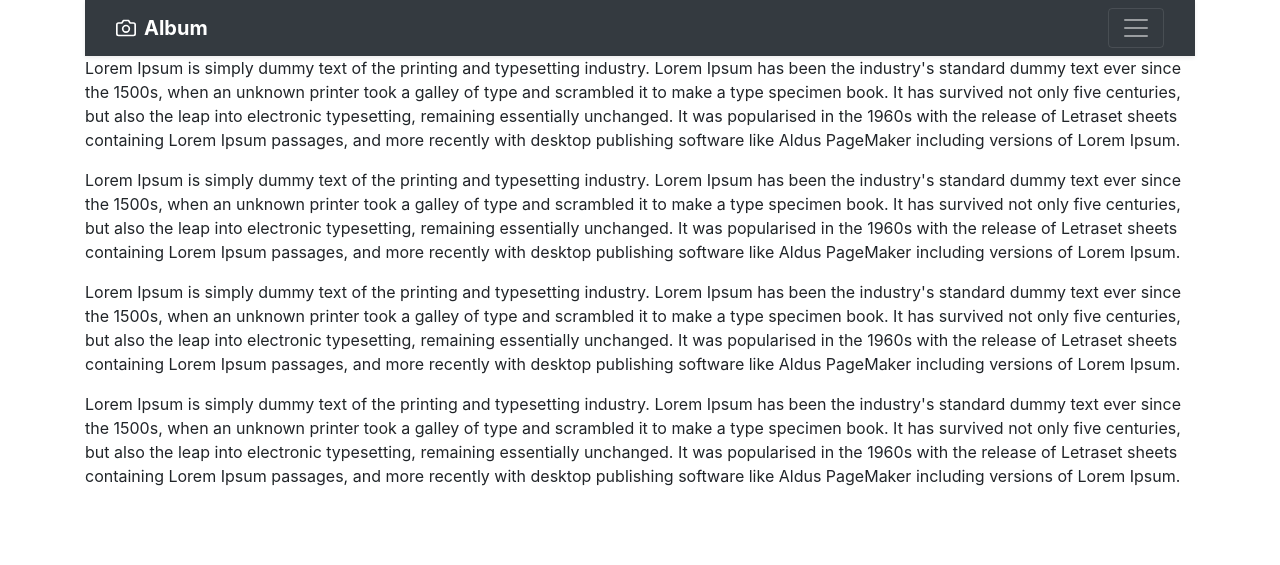
Repository: shankaraswal/react-multiple-ex
Page: /modal
These files come from the project's save history. The page is drawn as it stood at one moment and after the next save; the edit follows.
The browser window is 1280 px wide. The pictures show the whole page.
The project was rebuilt for these pictures with package versions that can differ from the ones it lists, and the page was loaded fresh each time.

Above is the page before, as saved 2020-02-04 17:28:53.

After the next save:
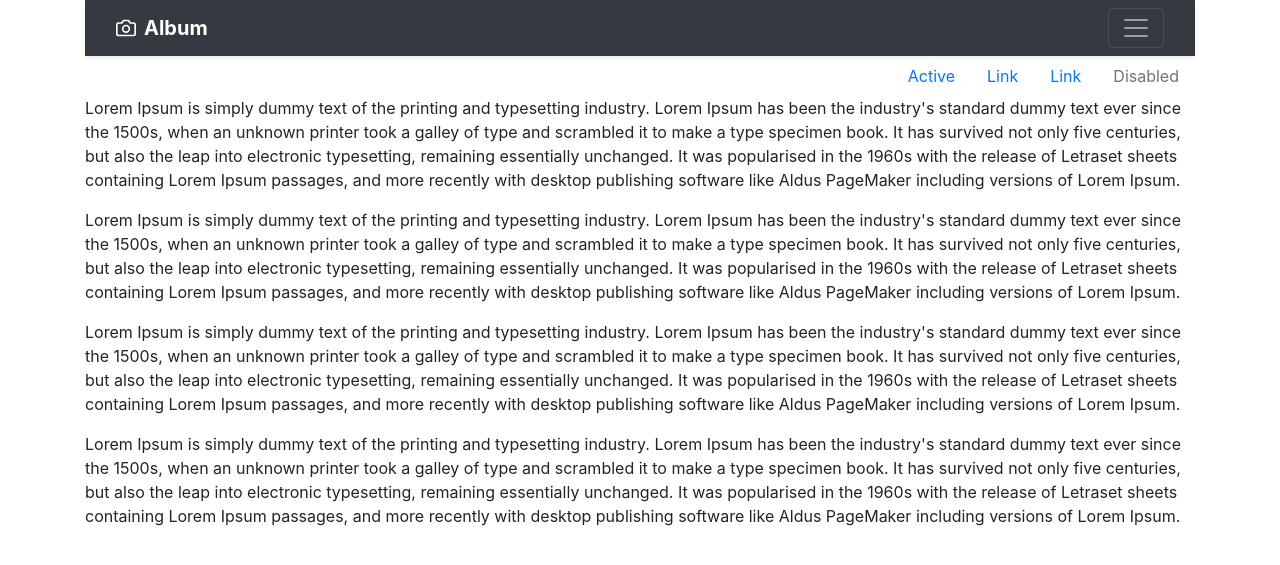
Saved 17 s later.
--- a/src/App.js
+++ b/src/App.js
@@ -2,11 +2,13 @@ import React from 'react';
 
 import Header from './components/common/Header'
 import CopyArea from './components/common/CopyArea'
+import Navbar from './components/common/Navbar';
 
 function App() {
   return (
     <div className="App container">
       <Header />
+      <Navbar/>
       <switch>
 
 
